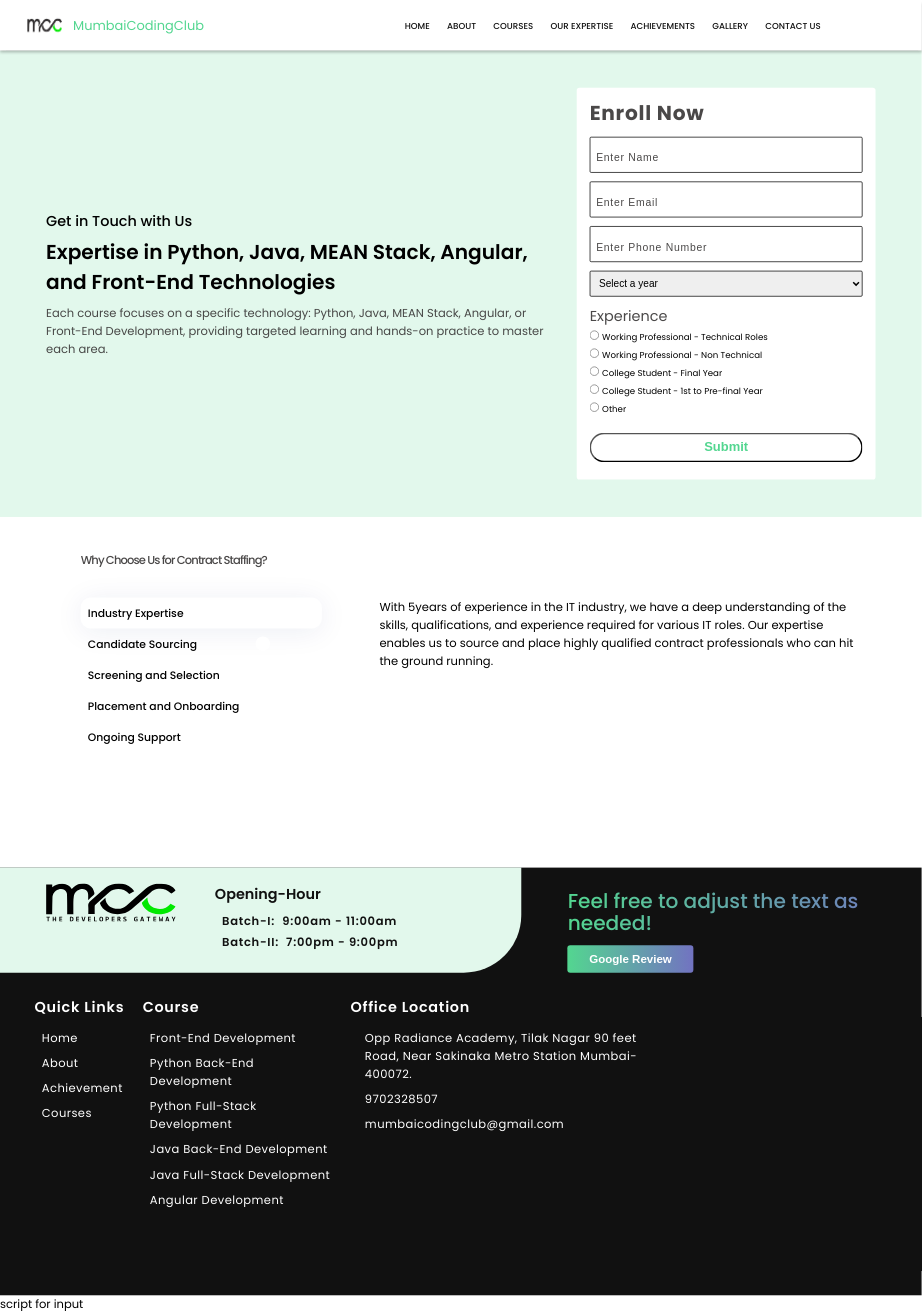
Repository: msmsa2001/mcc-theme
Page: contact.html
These files come from the project's save history. The page is drawn as it stood at one moment and after the next save; the edit follows.
The browser window is 1280 px wide. The pictures show the whole page, at 72% of full size.
Pictures or frames that could not be fetched are drawn as grey boxes.

Above is the page before, as saved 2024-07-26 02:36:14.
Console error: TypeError: Cannot read properties of null (reading 'querySelector')

### contact.html
<!DOCTYPE html>
<html lang="en">
<head>
    <meta charset="UTF-8">
    <meta name="viewport" content="width=device-width, initial-scale=1.0">
    <title>Contact</title>
    <link rel="stylesheet" href="global.css">
    <link rel="stylesheet" href="contact.css">
</head>
<body>
    <nav>
        <div class="wrapper-nav">
            <div class="logo"><a href="index.html"><img src="assests/favicon.png" alt="">MumbaiCodingClub</a></div>
            <input type="radio" name="slider" id="menu-btn">
            <input type="radio" name="slider" id="close-btn">
            <ul class="nav-links">
                <label for="close-btn" class="btn close-btn"><i class="fas fa-times"></i></label>
                <li><a href="index.html">HOME</a></li>
                <li><a href="about.html">ABOUT</a></li>
                <li>
                    <a href="#" class="desktop-item">COURSES <i class="fa-solid fa-chevron-down"></i></a>
                    <input type="checkbox" id="showServicesDrop">
                    <label for="showServicesDrop" class="mobile-item">COURSES</label>
                    <ul class="drop-menu">
                        <li><a href="course.html">Front-End Development</a></li>
                        <li><a href="xI.html">Back-End Python Development</a></li>
                        <li><a href="xII.html">Full-Stack Python Development</a></li>
                        <li><a href="neet.html">Angular</a></li>
                        <li><a href="dropers.html">Back-End Java Development</a></li>
                        <li><a href="Integrated.html">Full-Stack Java Development</a></li>
                        <li><a href="repeater.html">MEAN</a></li>
                    </ul>
                </li>
                <li><a href="gallery.html">Our Expertise</a></li>
                <li><a href="achievement.html">ACHIEVEMENTS</a></li>
                <li><a href="gallery.html">GALLERY</a></li>
                <li><a href="contact.html">CONTACT US</a></li>
            </ul>
            <label for="menu-btn" class="btn menu-btn"><i class="fas fa-bars"></i></label>
        </div>
    </nav>

    <div class="container1">
        <div class="sec1">
            <h3>Get in Touch with Us</h3>
            <h1>Expertise in Python, Java, MEAN Stack, Angular, and Front-End Technologies</h1>
            <p>Each course focuses on a specific technology: Python, Java, MEAN Stack, Angular, or Front-End Development, providing targeted learning and hands-on practice to master each area.

            </p>
        </div>
        <div class="sec2">
            <form action="">
                <h2>Enroll Now</h2>
                <input type="text" name="fullname" id="name" placeholder="Enter Name">
                <input type="email" name="email" id="email" placeholder="Enter Email">
                <input type="phone" name="phone" id="phone" placeholder="Enter Phone Number">
                <select id="year" name="year">
                    <option value="" disabled selected>Select a year</option>
                </select>
                <div class="experience">
                    <label id="experience">Experience</label>
                    <div class="radio-sec">
                    <input type="radio" name="experience" id="tech_role" value="Working Professional - Technical Roles">
                    <label for="">Working Professional - Technical Roles</label>
                </div>

                <div class="radio-sec">
                    <input type="radio" name="experience" id="none_tect_role" value="Working Professional - Non Technical">
                    <label for="">Working Professional - Non Technical</label>
                </div>

                <div class="radio-sec">
                    <input type="radio" name="experience" id="final_year" value="College Student - Final Year">
                    <label for="">College Student - Final Year</label>
                </div>

                <div class="radio-sec">
                    <input type="radio" name="experience" id="pre-finale_year" value="College Student - 1st to Pre-final Year">
                    <label for="">College Student - 1st to Pre-final Year</label>
                </div>
                <div class="radio-sec">
                    <input type="radio" name="experience" id="other" value="Other">
                    <label for="">Other</label>
                </div>

                </div>

                <button>Submit</button>

            </form>
        </div>
    </div>

    <div class="container8">
        <p class="title">Why Choose Us for Contract Staffing?</p>
        <div class="inner-sec">
        <div class="sec-1">
            <div class="row1 tab-button active" data-tab="tab1" onclick="openTab('tab1')">
                <p class="content">Industry Expertise</p>
                <i class="fa-solid fa-arrow-right"></i>
            </div>
            <div class="row1 tab-button" data-tab="tab2" onclick="openTab('tab2')">
                <p class="content">Candidate Sourcing </p>
                <i class="fa-solid fa-arrow-right"></i>
            </div>
            <div class="row1 tab-button" data-tab="tab3" onclick="openTab('tab3')">
                <p class="content">Screening and Selection</p>
                <i class="fa-solid fa-arrow-right"></i>
            </div>
            <div class="row1 tab-button" data-tab="tab4" onclick="openTab('tab4')">
                <p class="content">Placement and Onboarding </p>
                <i class="fa-solid fa-arrow-right"></i>
            </div>
            <div class="row1 tab-button" data-tab="tab5" onclick="openTab('tab5')">
                <p class="content">Ongoing Support </p>
                <i class="fa-solid fa-arrow-right"></i>
            </div>
        </div>
        <div class="sec-2">
           <p id="tab1" class="tab active"> With 5years of experience in the IT industry, we have a deep understanding of the skills, qualifications, and experience required for various IT roles. Our expertise enables us to source and place highly qualified contract professionals who can hit the ground running.</p>
           <p id="tab2" class="tab">Leveraging our extensive network of IT professionals, we have access to a diverse talent pool comprising developers, engineers, analysts, project managers, and more. Whether you need temporary staff for a specific project or to cover peak workloads, we have the resources to meet your needs.</p>
           <p id="tab3" class="tab">We recognize the importance of agility and flexibility in today's fast-paced business environment. Our contract staffing solutions allow you to scale your workforce up or down quickly in response to changing business demands, without the long-term commitment of permanent hires.</p>
           <p id="tab4" class="tab">Contract staffing offers a cost-effective solution for managing fluctuating workloads and specialized projects. By hiring contract professionals on a temporary basis, you can avoid the overhead costs associated with full-time employees, such as benefits, training, and severance.</p>
           <p id="tab5" class="tab">Our streamlined recruitment process ensures a seamless experience from job requisition to candidate placement. We handle all aspects of the staffing process, including sourcing, screening, interviewing, onboarding, and payroll administration, allowing you to focus on your core business priorities.</p>
        </div>
    </div>
    </div>
    <footer>
        <div class="section1">
        <div class="content">
          <div class="sec">
            <div class="sec-logo">
            <img src="assests/logos/MCC logo.svg" alt="">
            <div class="row2">
              <i class="fa-brands fa-linkedin-in"></i>
              <i class="fa-brands fa-instagram"></i>
              <i class="fa-brands fa-x-twitter"></i>
              <i class="fa-brands fa-facebook-f"></i>
              <i class="fa-brands fa-whatsapp"></i>
            </div>
          </div>
            <div class="sec-content">
              <p>Opening-Hour</p>
              <div class="row"><i class="fa-regular fa-clock"></i> Batch-I: <span>9:00am - 11:00am </span>
              </div>
              <div class="row"><i class="fa-regular fa-clock"></i> Batch-II: <span>7:00pm - 9:00pm </span>
              </div>

            </div>
          </div>
        </div>
        <div class="google-review">
        <p>Feel free to adjust the text as needed!</p>
        <button>Google Review</button>
      </div>
      </div>

        <div class="links">
        <div class="col">
          <p>Quick Links</p>
          <ul>
            <li><a href="">Home</a></li>
            <li><a href="">About</a></li>
            <li><a href="">Achievement</a></li>
            <li><a href="">Courses</a></li>
          </ul>
        </div>

        <div class="col">
          <p>Course</p>
          <ul>
            <li><a href="">Front-End Development</a></li>
            <li><a href="">Python Back-End Development</a></li>
            <li><a href="">Python Full-Stack Development</a></li>
            <li><a href="">Java Back-End Development</a></li>
            <li><a href="">Java Full-Stack Development</a></li>
            <li><a href="">Angular Development</a></li>
          </ul>
        </div>

        <div class="col">
          <p>Office Location</p>
          <ul class="location">
            <li><a href=""><i class="fa-solid fa-location-dot"></i>
            <p>Opp Radiance Academy, Tilak Nagar 90 feet Road, Near Sakinaka Metro Station Mumbai-400072.</p></a></li>
            <li><a href=""><i class="fa-solid fa-phone"></i>9702328507</a></li>
            <li><a href=""><i class="fa-regular fa-envelope"></i>mumbaicodingclub@gmail.com</a></li>
          </ul>
        </div>
        <iframe src="https://www.google.com/maps/embed?pb=!1m18!1m12!1m3!1d7540.350352211677!2d72.88528653657487!3d19.099969516685178!2m3!1f0!2f0!3f0!3m2!1i1024!2i768!4f13.1!3m3!1m2!1s0x3be7c87a7b146d75%3A0x76380d8179575d82!2sLokmanya%20Tilak%20Nagar%2C%20Saki%20Naka%2C%20Mumbai%2C%20Maharashtra!5e0!3m2!1sen!2sin!4v1721714563501!5m2!1sen!2sin" width="300" height="400" style="border:0;" allowfullscreen="" loading="lazy" referrerpolicy="no-referrer-when-downgrade"></iframe>
      </footer>


      script for input
      <script>
        // Get all input fields
        const inputs = document.querySelectorAll('.input');

        // Add event listener to each input field
        inputs.forEach(input => {
            // When input field receives focus (typing begins)
            input.addEventListener('focus', function() {
                // Change bottom border color
                this.style.borderBottomColor = 'black';
                this.style.fontSize='12px'
            });

            // When input field loses focus (typing ends)
            input.addEventListener('blur', function() {
                // Change bottom border color back to default
                this.style.borderBottomColor = 'black';
            });
        });
    </script>

      <script>
        const startYear = 2000;
        const endYear = 2030;
        const yearDropdown = document.getElementById('year');

        for (let year = startYear; year <= endYear; year++) {
          const option = document.createElement('option');
          option.value = year;
          option.text = year;
          yearDropdown.appendChild(option);
        }
      </script>
      <script src="mcc.js"></script>
</body>
</html>

### contact.css
@import url('https://fonts.googleapis.com/css2?family=Poppins:ital,wght@0,100;0,200;0,300;0,400;0,500;0,600;0,700;0,800;0,900;1,100;1,200;1,300;1,400;1,500;1,600;1,700;1,800;1,900&display=swap');
*{
    margin: 0;
    padding: 0;
    box-sizing: border-box;
}
:root{
    --color1:#E8F7F2;
    --color2: #E2F8EC;
    --text-color:#53D690;
    --text-color2:#7273C1;
    --black-color:rgb(17, 17, 17);
    --font-size1: 20px;
    --font-size2:28px;
    --font-size3: 38px;
    --font-size4:14px;
    --font-size4:16px;
    --white-color1:#F7F1FD;
    --white-color2:rgba(255, 255, 255, 0.9);
    --black-color1:#363434e6;
}
body{
    overflow-x: hidden;
    font-family: 'poppins';
}

.container1{
    position: relative;
    background: var(--color2);
    display: flex;
    justify-content: center;
    align-items: center;
    height: 90vh;
    padding: 2rem 4rem 2rem;
    gap: 2rem;
}
.container1 .sec1 h3{
    font-size: var(--font-size1);
    font-weight: 500;
}
.container1 .sec1 p{
    color: var(--black-color1);
    font-size: var(--font-size4);
}
.container1 .sec1 h1{
    font-size: var(--font-size2);
    font-weight: 600;
    margin: 8px 0;
}
.container1 .sec2 form{
    background: #fff;
    padding: 14px 18px;
    width: max-content;
    display: flex;
    flex-direction: column;
    gap: 12px;
    border-radius: 4px;
}
.container1 .sec2 form input, .container1 .sec2 form select{
    padding: 8px;
    border: 1px solid black;
    border-radius: 2px;
    font-size: 14px;
}
.container1 .sec2 form input::placeholder, .container1 .sec2 form select::placeholder,.container1 .sec2 form option{
    font-size: 14.50px;
    color: var(--black-color1);
}
.container1 .sec2 form input, .container1 .sec2 h2{
    letter-spacing: 1px;
    font-size: var(--font-size2);
    color: var(--black-color1);
}
.container1 .sec2 form .experience label{
    font-size: 12px;

}
.container1 .sec2 form #experience{
    font-size: var(--font-size1);
    color: var(--black-color1);
    margin: 15px 0;
}
.container1 .sec2 form button{
    width: auto;
    background: #fff;
    padding: 8px;
    border-radius: 20px;
    color: var(--text-color);
    font-size: 18px;
    margin: 10px 0;
    font-weight: 700;
}

.container8 {
    padding: 2.3rem 5rem 8rem 7rem;
  }
  .container8 .inner-sec {
    display: grid;
    grid-template-columns: auto auto;
    gap: 5rem;
    padding-bottom: 2rem;
  }
  .container8 .inner-sec .sec-1 .row1 {
    display: flex;
    align-items: center;
    justify-content: space-between;
    gap: 1.4rem;
    padding: 10px 4.5rem 10px 10px;
    transition: all 0.2s;
    cursor: pointer;
  }
  .container8 .inner-sec .sec-1 .row1 i {
    background-color: #fff;
    padding: 10px;
    border-radius: 50%;
    font-size: 16px;
  }
  .container8 .inner-sec .row1 .content {
    font-size: 15px;
    font-weight: 500;
    color: #000000;
  }
  .container8 .title {
    color: var(--black-color1);
    font-size: var(--titleSize);
    font-weight: 500;
    line-height: 45px;
    letter-spacing: -1.2px;
    padding: 0 2rem 30px 0;
  }
  .container8 .inner-sec .sec-2 .para {
    color: #000;
    font-size: 18px;
    line-height: 34px;
  }
  .container8 .inner-sec .sec-1 .row1:hover {
    background-color: #fff;
    border-radius: 14px;
    box-shadow: 0 4px 40px 0 rgba(1, 41, 112, 0.08);
  }
  .tab {
    display: none;
  }
  .tab.active {
    display: block;
  }
  .tab-button.active {
    box-shadow: 0 4px 40px 0 rgba(1, 41, 112, 0.08);
    background-color: #fff;
    border-radius: 14px;

  }
  .tab-button {
    cursor: pointer;
  }
  .tab-container {
    margin-bottom: 20px;
  }

Loaded but not shown: mcc.js (65 lines, source omitted); global.css (432 lines, source omitted)

After the next save:
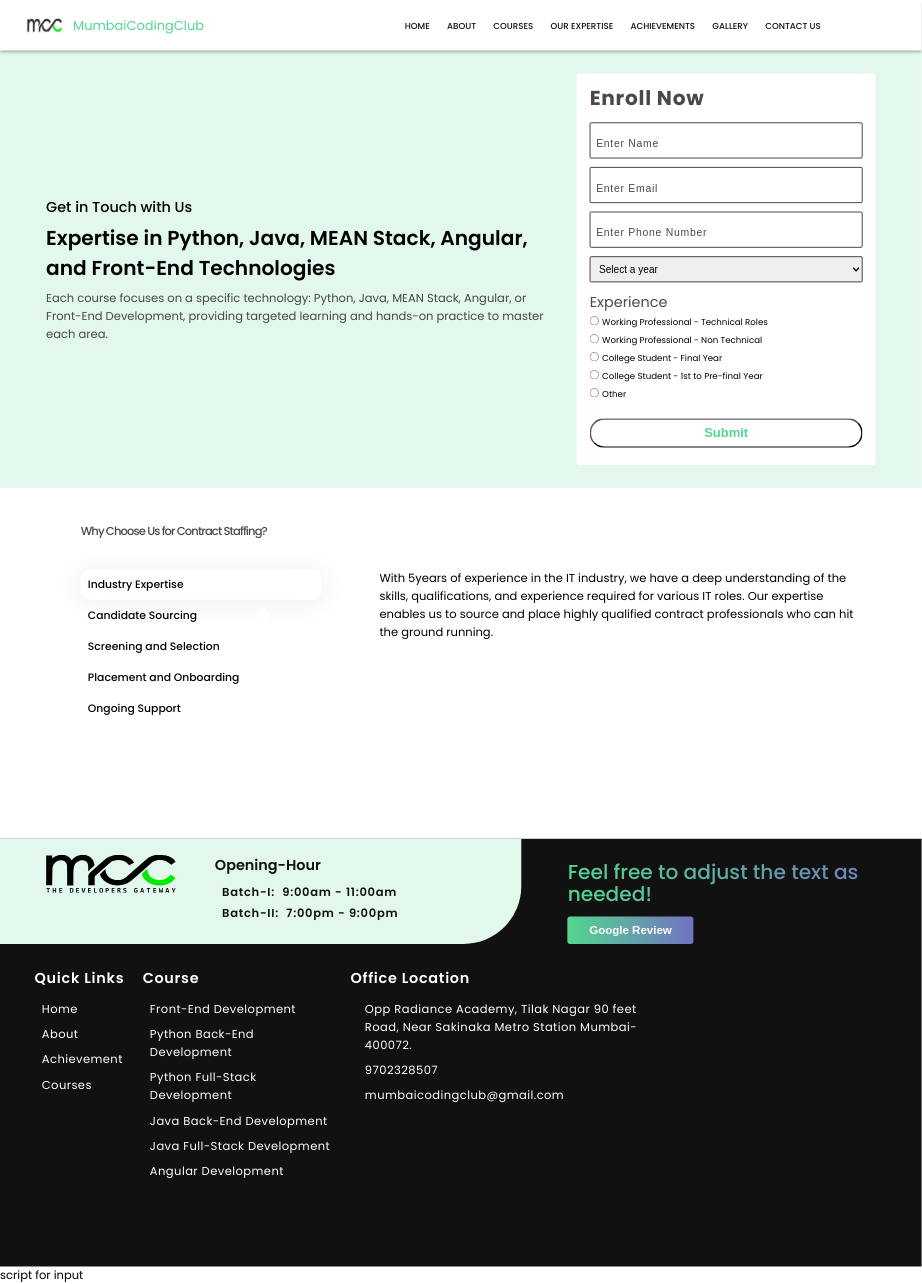
Saved 36 s later.
--- a/contact.css
+++ b/contact.css
@@ -30,7 +30,7 @@ body{
     display: flex;
     justify-content: center;
     align-items: center;
-    height: 90vh;
+    /* height: 90vh; */
     padding: 2rem 4rem 2rem;
     gap: 2rem;
 }
